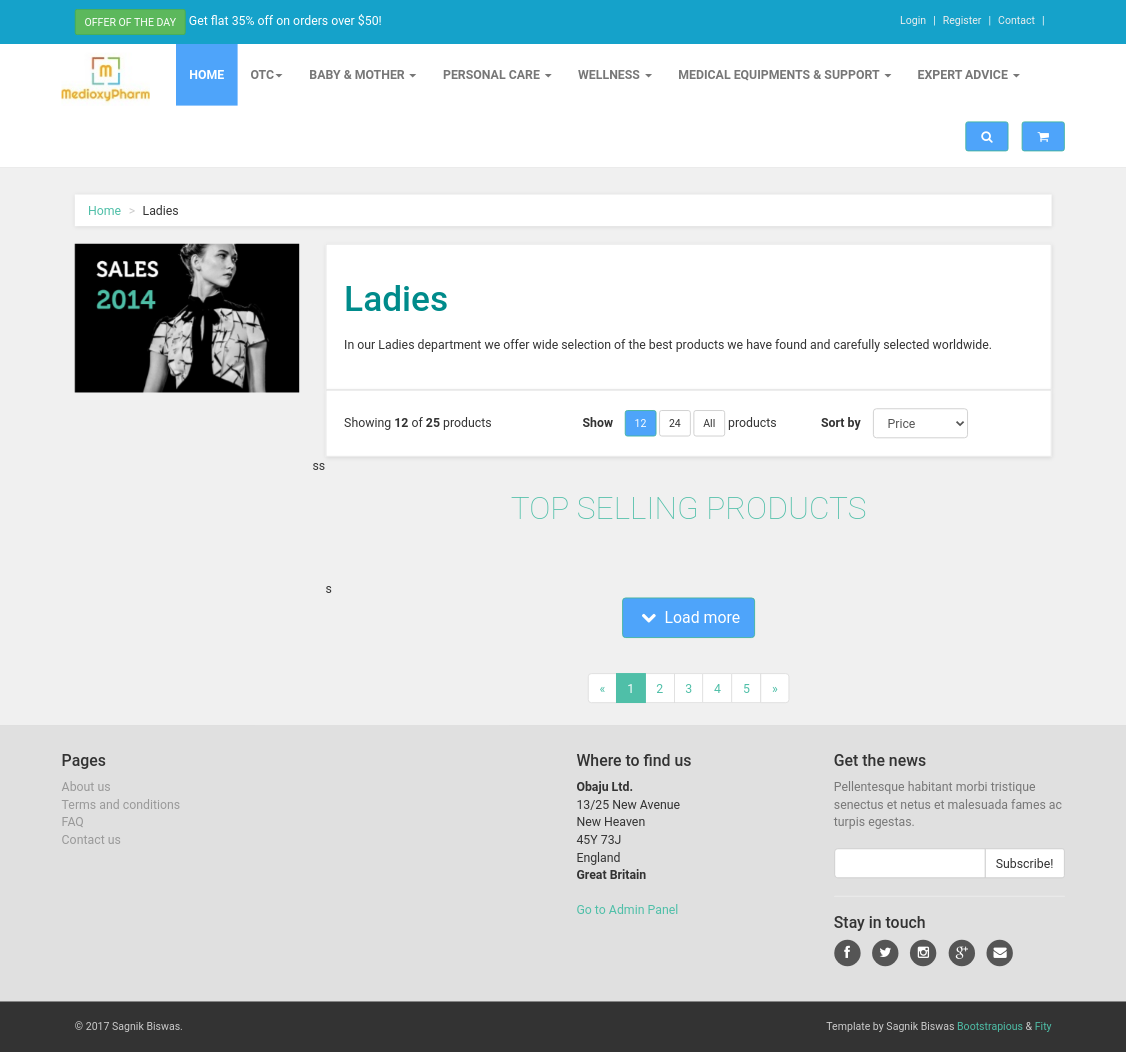
Repository: Sagnikb9/Java-Devops-Ecommerce
Page: http://localhost/MedioxyPharm/WEB-INF/views/product.jsp
An editor plug-in stored every save of this project. The page is shown before and after the next save, followed by the edit.
The browser window is 1280 px wide. The pictures show the whole page, at 88% of full size.
Some web fonts or font styles are not loaded; a fallback is used. The page is served by Tomcat 9. Nobody is signed in. Other server files are loaded and not shown. The template is opened directly, without the code that normally fills it, so the values that code supplies are empty.

Above is the page before, as saved 2017-11-17 23:21:08.

### MedioxyPharm/src/main/webapp/WEB-INF/views/product.jsp
<%@ taglib prefix = "c" uri = "http://java.sun.com/jsp/jstl/core" %>
<jsp:include page="headerContext.jsp"></jsp:include>
<%@ page import="com.*" %>
    <div id="all">

        <div id="content">
            <div class="container">

                <div class="col-md-12">
                    <ul class="breadcrumb">
                        <li><a href="#">Home</a>
                        </li>
                        <li>Ladies</li>
                    </ul>
                </div>

                <div class="col-md-3">

<style>
 .img-responsive1{
    display: block;
    width: 100% \9;
    max-width: 100%;
    height: 200px;
}



</style>


                    <div class="banner">
                        <a href="#">
                            <img src="img/banner.jpg" alt="sales 2014" class="img-responsive">
                        </a>
                    </div>
                </div>

                <div class="col-md-9">
                    <div class="box">
                        <h1>Ladies</h1>
                        <p>In our Ladies department we offer wide selection of the best products we have found and carefully selected worldwide.</p>
                    </div>

                    <div class="box info-bar">
                        <div class="row">
                            <div class="col-sm-12 col-md-4 products-showing">
                                Showing <strong>12</strong> of <strong>25</strong> products
                            </div>

                            <div class="col-sm-12 col-md-8  products-number-sort">
                                <div class="row">
                                    <form class="form-inline">
                                        <div class="col-md-6 col-sm-6">
                                            <div class="products-number">
                                                <strong>Show</strong>  <a href="#" class="btn btn-default btn-sm btn-primary">12</a>  <a href="#" class="btn btn-default btn-sm">24</a>  <a href="#" class="btn btn-default btn-sm">All</a> products
                                            </div>
                                        </div>
                                        <div class="col-md-6 col-sm-6">
                                            <div class="products-sort-by">
                                                <strong>Sort by</strong>
                                                <select name="sort-by" class="form-control">
                                                    <option>Price</option>
                                                    <option>Name</option>
                                                    <option>Sales first</option>
                                                </select>
                                            </div>
                                        </div>
                                    </form>
                                </div>
                            </div>
                        </div>
                    </div>

                    <div class="row products">
<c:forEach items="${productList}" var="product">
                        <div class="col-md-4 col-sm-6">
                            <div class="product">
                                <div class="flip-container">
                                    <div class="flipper">
                                        <div class="">
                                            <a href="<c:url value="details/${product.proId}"/>">
                                                <img src="assets/img/${product.proId}.jpg" alt="" class="img-responsive1">
                                            </a>
                                        </div>

                                    </div>
                                </div>

                                <div class="text">
                                                <h3><a href="<c:url value="details/${product.proId}"/>"><span style="color:#30d4ff">${product.proName}</span></a></h3>
                                                <p class="price"><span style="color:#ff3048">${product.proPrice}</span></p>
                                            </div>
                                <!-- /.text -->
                            </div>
                            <!-- /.product -->
                        </div>

</c:forEach>ss
                        <!-- /.col-md-4 -->
                    </div>
                    <!-- /.products -->

                    <div id="hot">

                <div class="">

                            <h2>Top Selling Products</h2>

                        </div>

                <br>
<div class="product-slider">
                    <c:forEach items="${productList}" var="product">
                        <div class="item">
                            <div class="product">
                                <div class="flip-container">
                                    <div class="flipper">
                                        <div class="">
                                            <a href="<c:url value="details/${product.proId}"/>">
                                                <img src="assets/img/${product.proId}.jpg" alt="" class="img-responsive1">
                                            </a>
                                            <div class="text">
                                                <h3><a href="<c:url value="details/${product.proId}"/>"><span style="color:#30d4ff">${product.proName}</span></a></h3>
                                                <p class="price"><span style="color:#ff3048">${product.proPrice}</span></p>
                                            </div>
                                        </div>

                                    </div>
                                </div>


                                <!-- /.text -->
                            </div>
                            <!-- /.product -->
                        </div>
                        </c:forEach>
                    </div>             s
                    <div class="pages">

                        <p class="loadMore">
                            <a href="#" class="btn btn-primary btn-lg"><i class="fa fa-chevron-down"></i> Load more</a>
                        </p>

                        <ul class="pagination">
                            <li><a href="#">&laquo;</a>
                            </li>
                            <li class="active"><a href="#">1</a>
                            </li>
                            <li><a href="#">2</a>
                            </li>
                            <li><a href="#">3</a>
                            </li>
                            <li><a href="#">4</a>
                            </li>
                            <li><a href="#">5</a>
                            </li>
                            <li><a href="#">&raquo;</a>
                            </li>
                        </ul>
                    </div>


                </div>
                <!-- /.col-md-9 -->
            </div>
            <!-- /.container -->
        </div>
        <!-- /#content -->

<jsp:include page="footerContext.jsp"></jsp:include>

### MedioxyPharm/src/main/webapp/WEB-INF/views/footerContext.jsp
        <!-- *** FOOTER ***
 _________________________________________________________ -->
        <div id="footer" data-animate="fadeInUp">
            <div class="container">
                <div class="row">
                    <div class="col-md-3 col-sm-6">
                        <h4>Pages</h4>

                        <ul>
                            <li><a href="text.html">About us</a>
                            </li>
                            <li><a href="text.html">Terms and conditions</a>
                            </li>
                            <li><a href="faq.html">FAQ</a>
                            </li>
                            <li><a href="contact">Contact us</a>
                            </li>
                        </ul>



                    </div>
                    <!-- /.col-md-3 -->

                    <div class="col-md-3 col-sm-6">



                        <hr class="hidden-md hidden-lg">

                    </div>
                    <!-- /.col-md-3 -->

                    <div class="col-md-3 col-sm-6">

                        <h4>Where to find us</h4>

                        <p><strong>Obaju Ltd.</strong>
                            <br>13/25 New Avenue
                            <br>New Heaven
                            <br>45Y 73J
                            <br>England
                            <br>
                            <strong>Great Britain</strong>
                        </p>

                        <a href="adminDashboard">Go to Admin Panel</a>

                        <hr class="hidden-md hidden-lg">

                    </div>
                    <!-- /.col-md-3 -->



                    <div class="col-md-3 col-sm-6">

                        <h4>Get the news</h4>

                        <p class="text-muted">Pellentesque habitant morbi tristique senectus et netus et malesuada fames ac turpis egestas.</p>

                        <form>
                            <div class="input-group">

                                <input type="text" class="form-control">

                                <span class="input-group-btn">

			    <button class="btn btn-default" type="button">Subscribe!</button>

			</span>

                            </div>
                            <!-- /input-group -->
                        </form>

                        <hr>

                        <h4>Stay in touch</h4>

                        <p class="social">
                            <a href="#" class="facebook external" data-animate-hover="shake"><i class="fa fa-facebook"></i></a>
                            <a href="#" class="twitter external" data-animate-hover="shake"><i class="fa fa-twitter"></i></a>
                            <a href="#" class="instagram external" data-animate-hover="shake"><i class="fa fa-instagram"></i></a>
                            <a href="#" class="gplus external" data-animate-hover="shake"><i class="fa fa-google-plus"></i></a>
                            <a href="#" class="email external" data-animate-hover="shake"><i class="fa fa-envelope"></i></a>
                        </p>


                    </div>
                    <!-- /.col-md-3 -->

                </div>
                <!-- /.row -->

            </div>
            <!-- /.container -->
        </div>
        <!-- /#footer -->

        <!-- *** FOOTER END *** -->




        <!-- *** COPYRIGHT ***
 _________________________________________________________ -->
        <div id="copyright">
            <div class="container">
                <div class="col-md-6">
                    <p class="pull-left">© 2017 Sagnik Biswas.</p>

                </div>
                <div class="col-md-6">
                    <p class="pull-right">Template by Sagnik Biswas <a href="https://bootstrapious.com/e-commerce-templates">Bootstrapious</a> & <a href="https://fity.cz">Fity</a>
                         <!-- Not removing these links is part of the license conditions of the template. Thanks for understanding :) If you want to use the template without the attribution links, you can do so after supporting further themes development at https://bootstrapious.com/donate  -->
                    </p>
                </div>
            </div>
        </div>
        <!-- *** COPYRIGHT END *** -->



    </div>
    <!-- /#all -->




    <!-- *** SCRIPTS TO INCLUDE ***
 _________________________________________________________ -->
    <script src="<%=request.getContextPath()%>/js/jquery-1.11.0.min.js"></script>
    <script src="<%=request.getContextPath()%>/js/bootstrap.min.js"></script>
    <script src="<%=request.getContextPath()%>/js/jquery.cookie.js"></script>
    <script src="<%=request.getContextPath()%>/js/waypoints.min.js"></script>
    <script src="<%=request.getContextPath()%>/js/modernizr.js"></script>
    <script src="<%=request.getContextPath()%>/js/bootstrap-hover-dropdown.js"></script>
    <script src="<%=request.getContextPath()%>/js/owl.carousel.min.js"></script>
    <script src="<%=request.getContextPath()%>/js/front.js"></script>


</body>

</html>

Loaded but not shown: MedioxyPharm/src/main/webapp/css/font-awesome.css (library); MedioxyPharm/src/main/webapp/css/bootstrap.min.css (library); MedioxyPharm/src/main/webapp/css/animate.min.css (library); MedioxyPharm/src/main/webapp/css/owl.carousel.css (common file); MedioxyPharm/src/main/webapp/css/owl.theme.css (common file); MedioxyPharm/src/main/webapp/css/custom.css (common file); MedioxyPharm/src/main/webapp/js/respond.min.js (library); MedioxyPharm/src/main/webapp/js/jquery-1.11.0.min.js (library); MedioxyPharm/src/main/webapp/js/bootstrap.min.js (library); MedioxyPharm/src/main/webapp/js/jquery.cookie.js (library); MedioxyPharm/src/main/webapp/js/waypoints.min.js (library); MedioxyPharm/src/main/webapp/js/modernizr.js (library); MedioxyPharm/src/main/webapp/js/bootstrap-hover-dropdown.js (library); MedioxyPharm/src/main/webapp/js/owl.carousel.min.js (library); MedioxyPharm/src/main/webapp/js/front.js (237 lines, source omitted); MedioxyPharm/src/main/webapp/css/style.default.css (1689 lines, source omitted); MedioxyPharm/src/main/webapp/WEB-INF/views/headerContext.jsp (394 lines, source omitted)

After the next save:
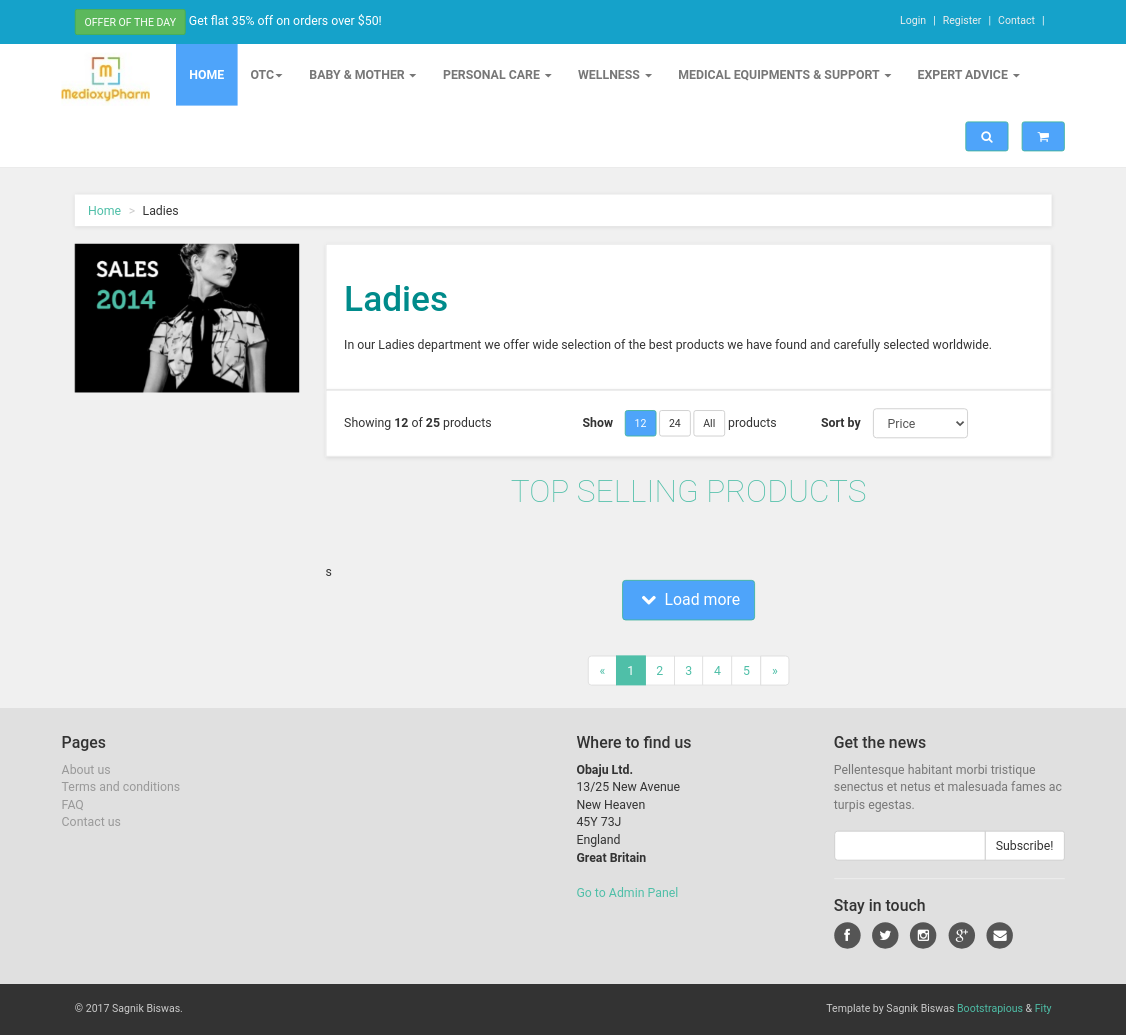
Saved 25 s later.
--- a/MedioxyPharm/src/main/webapp/WEB-INF/views/product.jsp
+++ b/MedioxyPharm/src/main/webapp/WEB-INF/views/product.jsp
@@ -96,7 +96,7 @@
                             <!-- /.product -->
                         </div>
 
-</c:forEach>ss
+</c:forEach>
                         <!-- /.col-md-4 -->
                     </div>
                     <!-- /.products -->
